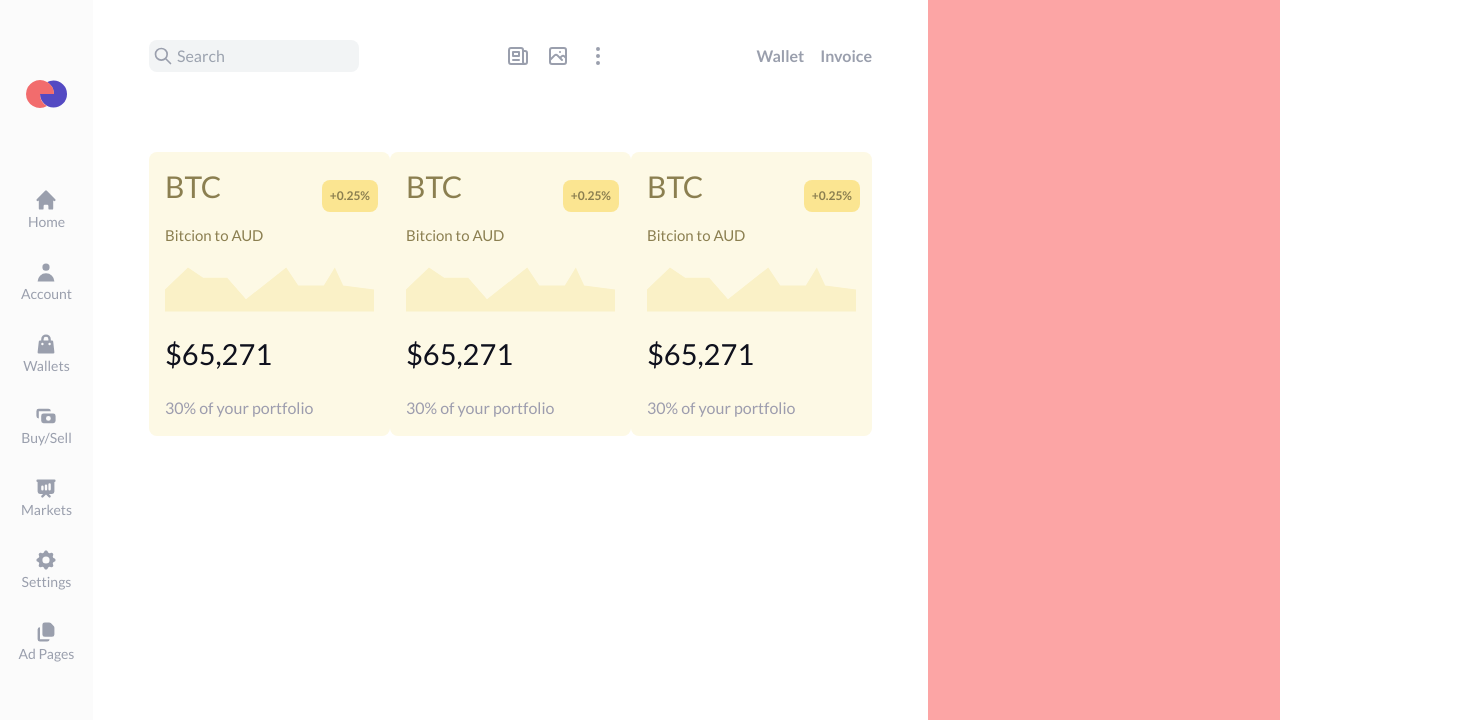
Repository: almaqdad55/crypto-app-nextjs
Page: /
These files come from the project's save history. The page is drawn as it stood at one moment and after the next save; the edit follows.
The browser window is 1280 px wide. The page is 1280 px wide, then 1479 px, so the pictures cover 1479 px, including what lies to the right of the window. The pictures show the whole page.
The project was rebuilt for these pictures with package versions that can differ from the ones it lists, and the page was loaded fresh each time. The framework's server and built-in components were replaced by stand-ins that run in the browser.

Above is the page before, as saved 2022-01-04 21:01:57.

After the next save:
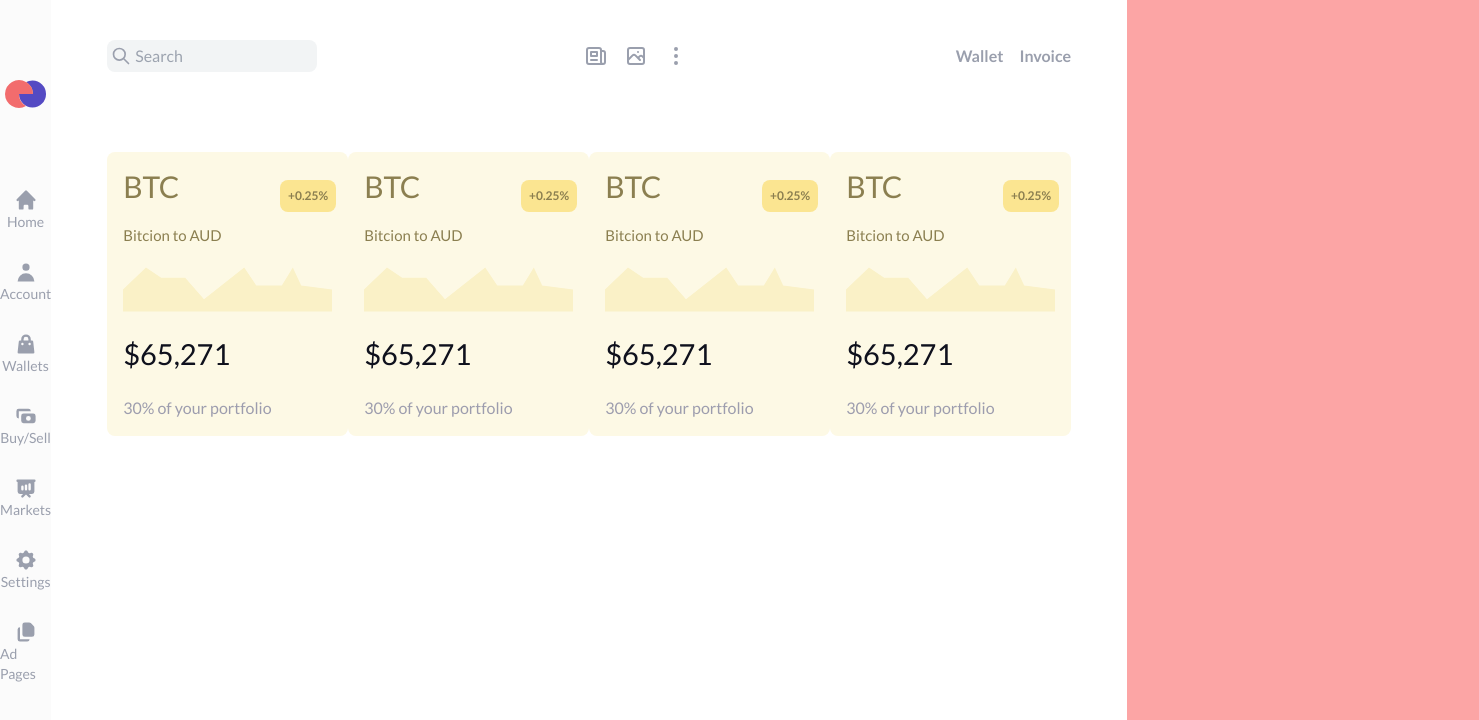
Saved 13 s later.
--- a/components/Feed.jsx
+++ b/components/Feed.jsx
@@ -37,6 +37,7 @@ const Feed = () => {
         <Card />
         <Card />
         <Card />
+        <Card />
       </div>
     </div>
   );
